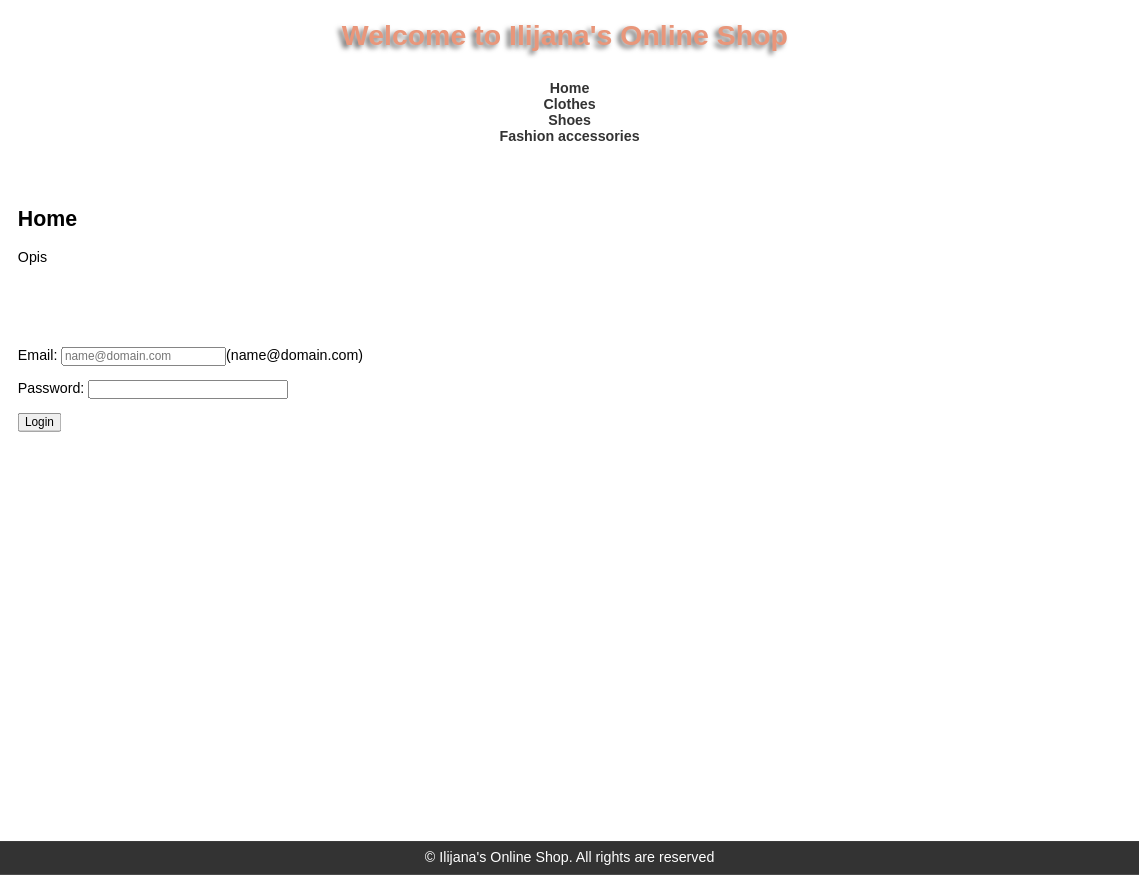
Repository: ilijana123/Proekt1
Page: html.html
An editor plug-in stored every save of this project. The page is shown before and after the next save, followed by the edit.
The browser window is 1280 px wide. The pictures show the whole page, at 89% of full size.

Above is the page before, as saved 2023-11-12 23:26:34.

### html.html
<!DOCTYPE html>
<html>
    <head>
    <meta charset="utf-8">
    <title>Online shop</title>
    <link rel="stylesheet" type="text/css" href="1.css">
    <script src="script.js"></script>
    </head>
    <body>
    <header>
       <h1>Welcome to Ilijana's Online Shop</h1>
    </header>
       <nav>
            <ul>
                <li><a href="#home">Home</a></li>
                <li><a href="#category1">Clothes</a></li>
                <li><a href="#category2">Shoes</a></li>
                <li><a href="#category3">Fashion accessories</a></li>
            </ul>
       </nav>
       <section id="home">
            <h2>Home</h2>
            <p>Opis</p>
        </section>
        <section id="contact">
            <form method="post" autocomplete="on">
                <p><label>Email:
                    <input type="email" id="email"
                        placeholder="name@domain.com"/>(name@domain.com)
                </label></p>
                <p><label>Password:
                    <input type="password" id="password" size="25"
                        placeholder=""/>
                </label></p>
                <button onclick="btnClicked()">Login</button>
            </form>
       </section>
       <section id="category1"></section>
       <section id="category2"></section>
       <section id="category3"></section>
       <section id="instagram">
      </section>
      <section id="survey">
      </section>
      <section id="questionnaire">
      </section>
      <section id="contact">
      </section>
       <footer> &copy; Ilijana's Online Shop. All rights are reserved</footer>
    </body>
</html>

### 1.css
h1  {
     font-family: fantasy;
        color:darksalmon;
        text-shadow: -4px 4px 6px dimgrey;
        position:relative;
        margin-left: 30%;
    }
    body {
        margin: 0;
        padding: 0;
        font-family: Arial, sans-serif;
    }

    nav {
        background-color:aliceblue
        color: white;
        padding: 10px;
        text-align: center;
    }
    nav ul {
        list-style-type: none;
        margin: 0;
        padding: 0;
        display: flex;
        flex-direction: column; /* Set the direction to column */
    }

    nav ul li {
        display: block; /* Set the display property to block */
    }
    section {
        padding: 20px;
        margin: 20px 0;
    }
    nav a {
        text-decoration: none;
        color: #333;
        font-weight: bold;
    }
    nav a:hover {
        color: #555;
    }

    footer {
        background-color: #333;
        color: white;
        text-align: center;
        padding: 10px;
    }

### script.js
function btnClicked()
{
    document.location.href="html1.html";
}

After the next save:
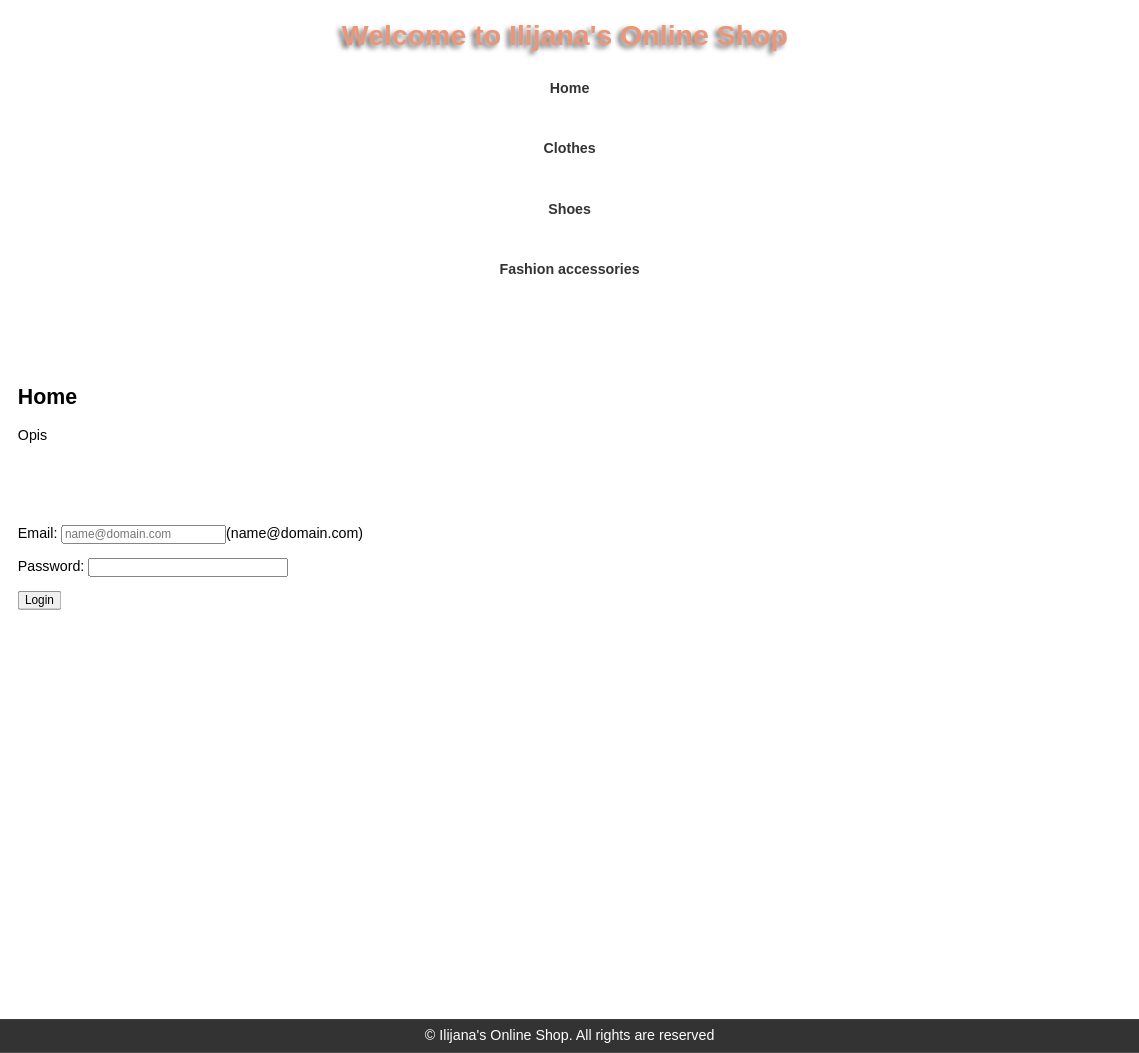
Saved 11 s later.
--- a/1.css
+++ b/1.css
@@ -27,6 +27,7 @@ h1  {
 
     nav ul li {
         display: block; /* Set the display property to block */
+        margin-bottom: 50px; /* Add some spacing between items */
     }
     section {
         padding: 20px;
